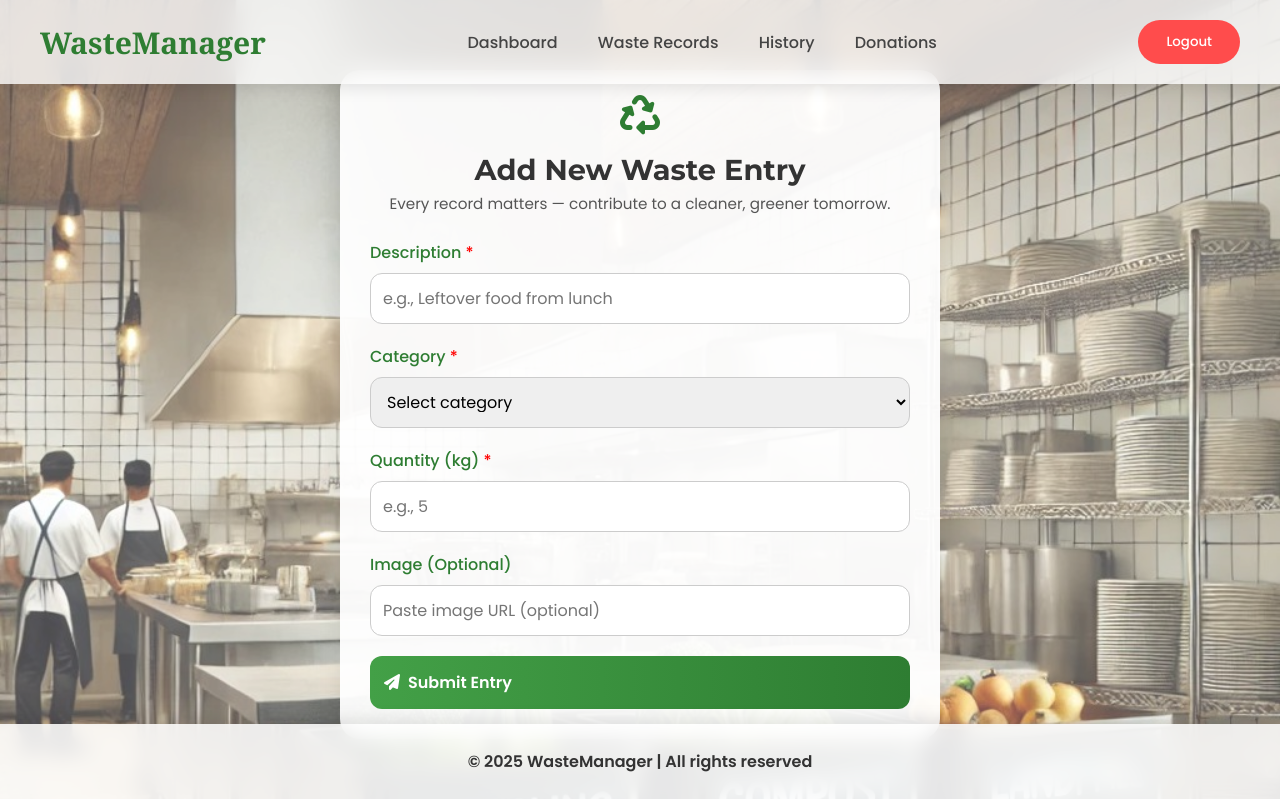
Repository: mahekagrawal25/restaurant-waste-management
Page: frontend/addwaste.html
These files come from the project's save history. The page is drawn as it stood at one moment and after the next save; the edit follows.
The browser window is 1280 px wide. The pictures show the whole page.
Backgrounds fixed to the window are drawn as part of the page.

Above is the page before, as saved 2025-04-06 22:14:05.

After the next save:
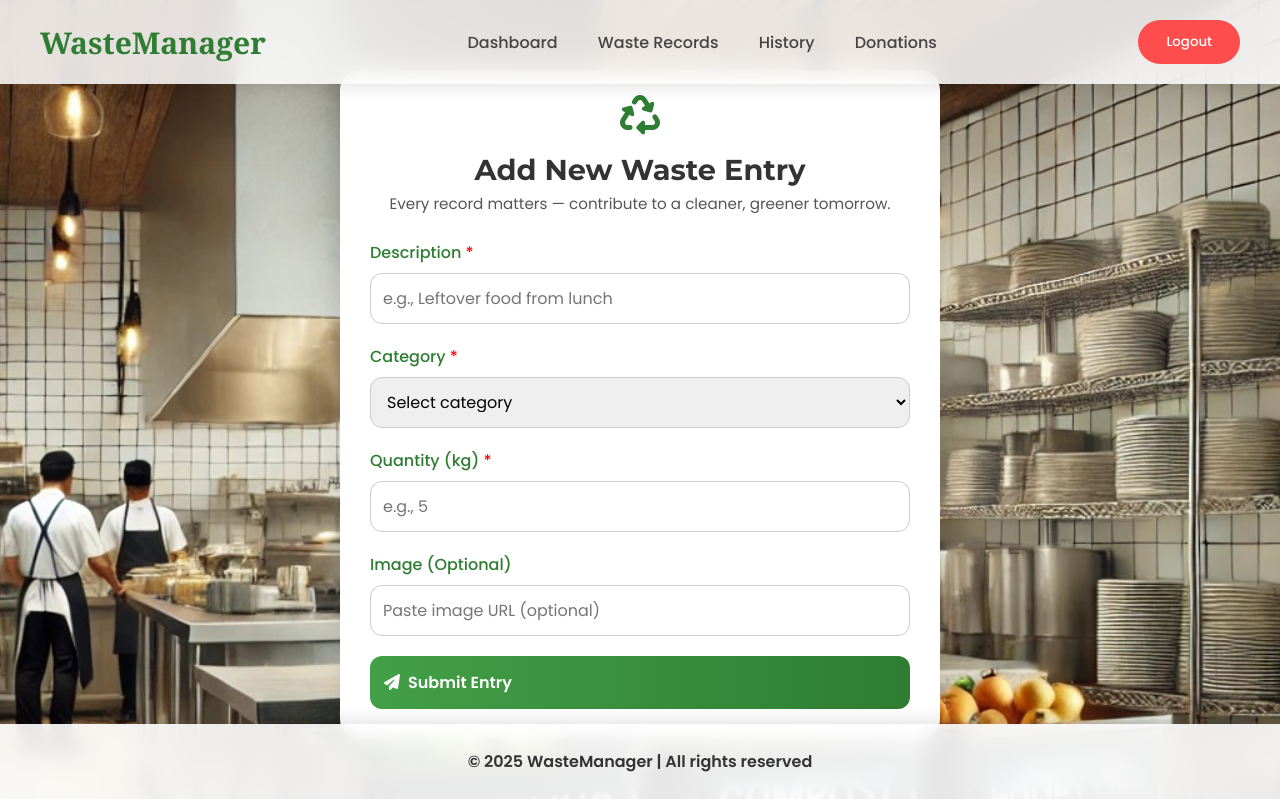
Saved 51 s later.
--- a/frontend/addwaste.html
+++ b/frontend/addwaste.html
@@ -39,13 +39,16 @@
         }
 
         .page-wrapper {
-          background-color: rgba(255, 255, 255, 0.3);
+          /* Remove background-color if no overlay is needed */
+          background-color: transparent;
         }
 
         .waste-card {
-          background: rgba(255, 255, 255, 0.95);
+          background: white; /* Solid white background for the card */
+          border-radius: 20px;
         }
       </style>
+
 
 
 
